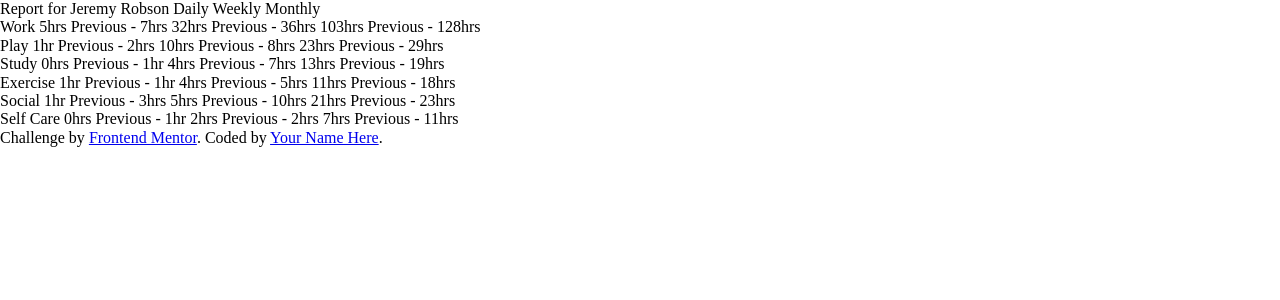
Repository: Jay-JYKim91/FM_time-tracking-dashboard
Page: index.html
The author's editor kept a copy of each file at every save. The page is drawn from the files as they stood at one save, then again after the next save.
The browser window is 1280 px wide. The pictures show the whole page.

Above is the page before, as saved 2021-12-15 13:05:30.

After the next save:
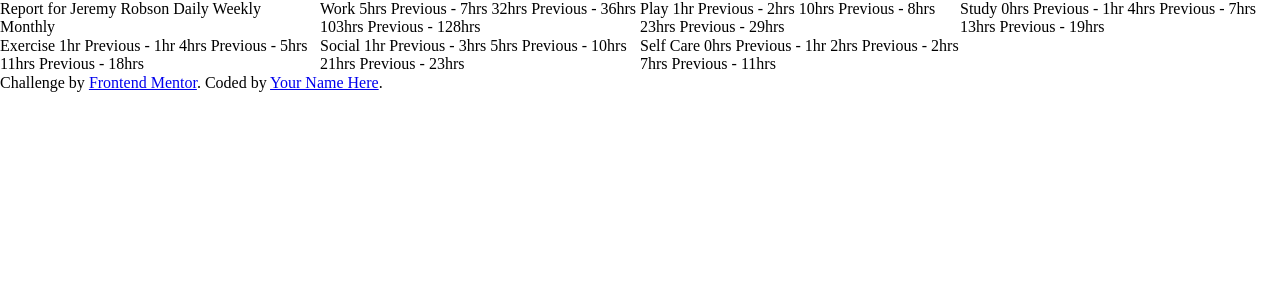
Saved 41 s later.
--- a/style.css
+++ b/style.css
@@ -19,6 +19,10 @@
 --Lime green (exercise): hsl(145, 58%, 55%)
 --Violet (social): hsl(264, 64%, 52%) */
 
+.container {
+  display: grid;
+  grid-template-columns: repeat(4, 1fr);
+}
 @media (min-width: 768px) and (max-width: 1023px) {
 }
 
